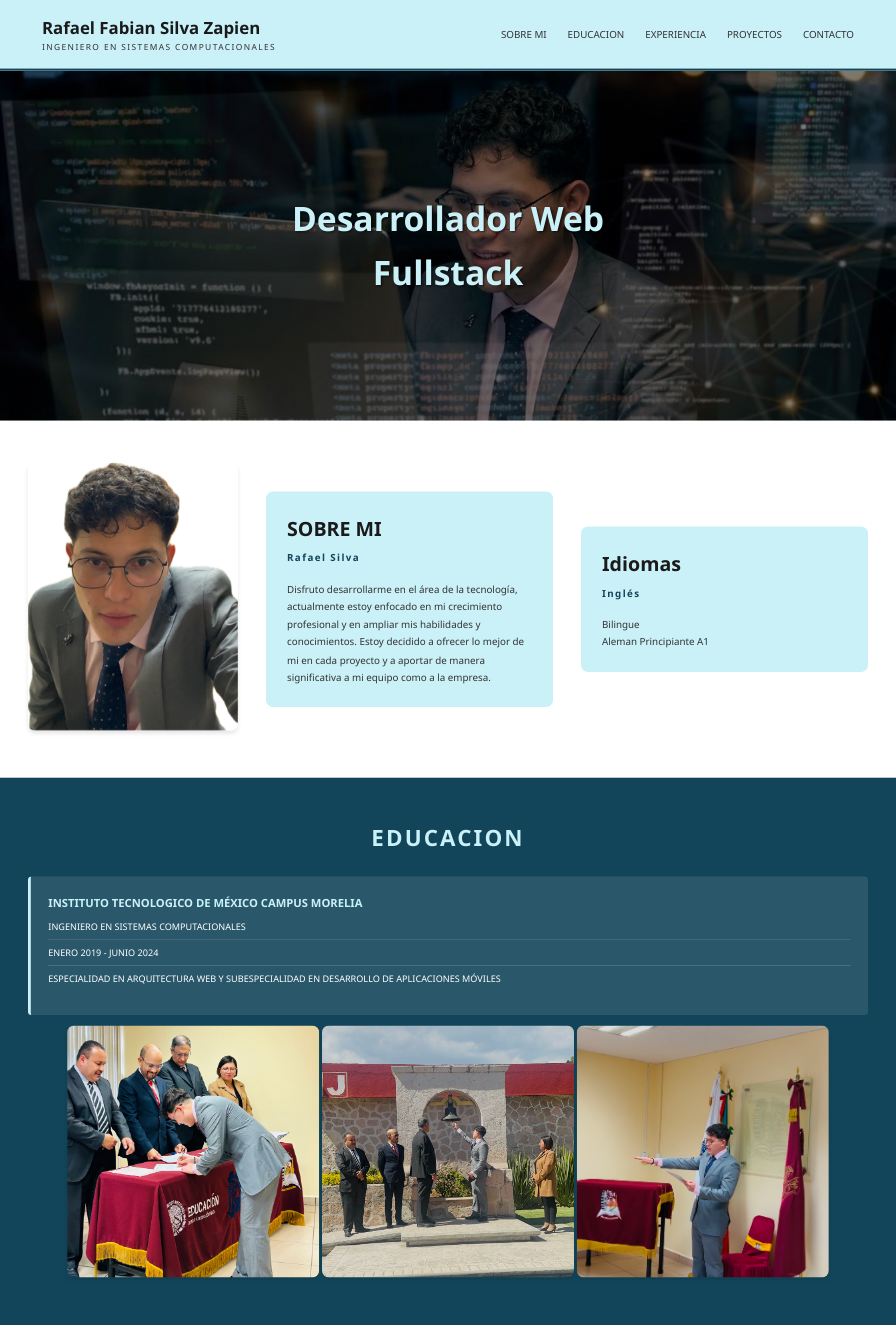
Repository: rafaelsilva2k/mi-portafolio
Page: index.html
An editor plug-in stored every save of this project. The page is shown before and after a run of saves, followed by the edit.
The browser window is 1280 px wide. The pictures show the part of the page from y = 0 to 1920 px (the page is 3313 px tall), at 70% of full size.

Above is the page before, as saved 2026-04-17 12:51:45.

### index.html
<!DOCTYPE html>
<html lang="en">
<head>
    <meta charset="UTF-8">
    <meta name="viewport" content="width=device-width, initial-scale=1.0">
    <title>Rafael Fabian Silva Zapien</title>
    <link rel="stylesheet" href="styles.css">
</head>
<body>
    <!-- HEADER: Nombre, Profesión y Menú de Navegación -->
    <header class="header">
        <div class="header-content">
            <div class="logo-section">
                <h1>Rafael Fabian Silva Zapien</h1>
                <p class="profession">INGENIERO EN SISTEMAS COMPUTACIONALES</p>
            </div>

            <nav class="navbar">
                <ul>
                    <li><a href="#sobre-mi">SOBRE MI</a></li>
                    <li><a href="#educacion">EDUCACION</a></li>
                    <li><a href="#experiencia">EXPERIENCIA</a></li>
                    <li><a href="#proyectos">PROYECTOS</a></li>
                    <li><a href="#contacto">CONTACTO</a></li>
                </ul>
            </nav>
        </div>
    </header>

    <!-- HERO SECTION: Imagen grande con texto "Desarrollador Web Fullstack" -->
     <section class="hero">
        <div class="hero-content">
            <h2>Desarrollador Web<br>Fullstack</h2>
        </div>
     </section>

     <!-- SECCIÓN SOBRE MÍ: Foto + Descripción -->
      <section id="sobre-mi" class="sobre-mi">
        <div class="sobre-mi-container">
            <div class="sobre-mi-foto">
                <img src="images/me.png" alt="Rafael Silva">
            </div>
            <div class="sobre-mi-texto">
                <h2>SOBRE MI</h2>
                <h3>Rafael Silva</h3>
                <p>Disfruto desarrollarme en el área de la tecnología, actualmente estoy enfocado en mi crecimiento profesional y en ampliar mis habilidades y conocimientos. Estoy decidido a ofrecer lo mejor de mi en cada proyecto y a aportar de manera significativa a mi equipo como a la empresa.</p>
            </div>
            <div class="sobre-mi-texto">
                <h2>Idiomas</h2>
                <h3>Inglés</h3>
                <p>Bilingue <br>
                    Aleman Principiante A1</p>
            </div>
        </div>
      </section>

      <!--Seccion de Educacion-->
      <section id="educacion" class="educacion">
        <h2>EDUCACION</h2>
        <div class="educacion-content">
            <div class="educacion-item">
                <h4>INSTITUTO TECNOLOGICO DE MÉXICO CAMPUS MORELIA</h4>
                <p>INGENIERO EN SISTEMAS COMPUTACIONALES</p>
                <p>ENERO 2019 - JUNIO 2024</p>
                <p>ESPECIALIDAD EN ARQUITECTURA WEB Y SUBESPECIALIDAD EN DESARROLLO DE APLICACIONES MÓVILES</p>
            </div>
            <div class="education-item">
                <div class="education-photos">
                    <img src="images/FirmaTitulacion.jpeg">
                    <img src="images/campanaTitulacion.jpeg">
                    <img src="images/titulacion.jpeg">
                </div>
            </div>
        </div>
      </section>

      <section id="experiencia" class="experiencia">
        <h2>EXPERIENCIA PROFESIONAL</h2>
            <div class="experiencia-content">
                <div class="experiencia-item">
                    <h3>HARMAN a Samsung Company</h3>
                    <p>Residencias Profesionales HARMAN, Samsung Company Enero - Junio 2024 </p><br>
                    <h5>PROYECTO DE SALIDAS MISCELÁNEAS</h5>
                    <p></p>Se trabajo en el desarrolló de una página web que permitió a la empresa
                    controlar y gestionar los productos salientes. Además, se coordinó el flujo de
                    aprobación entre diversas áreas como comercio exterior, logística y seguridad. <br> <br>
                    <h5>PROYECTO COSTO DE BIENES VENDIDOS (COGS)</h5>
                    Se trabajo en la automatización el cálculo de COGS e implementó un módulo
                    que agiliza la obtención de datos para el reporte de COGS, logrando un análisis
                    más detallado y una representación gráfica eficaz de la información.</p>
                </div>
                <div class="experiencia-item">
                    <h3>FIRA - Fideicomisos Instituidos en Relación con la Agricultura</h3>
                    <p>Desarrollador Fullstack en FIRA, Morelia Julio 2024 - Actualidad <br> <br>
                    • Migración, mejora y mantenimiento de múltiples aplicaciones institucionales,
                    entre ellas: Mesa de Servicios, Reservación de Salas, Seguimientos SIPOT,
                    Solicitudes INAI, Ingresos Retenciones, SIPOT, entre otras.
                    Aplicaciones desarrolladas en CodeIgniter (PHP), JavaScript, HTML y CSS,
                    en las cuales realicé correcciones críticas, optimizaciones de rendimiento y
                    mejoras funcionales.
                    Implementación de consumo de APIs internas de FIRA (Capital Humano)
                    cuando fue requerido.
                    Sustitución de vistas de Capital Humano en base de datos por procesos
                    internos más eficientes.
                    Todas las aplicaciones intervenidas fueron migradas a SQL Server 2019. <br>
                    • Desarrollo de un módulo completo dentro de la aplicación Reservación de
                    Salas para la gestión y reservación de cargadores eléctricos para vehículos del
                    personal interno.<br>
                    • Colaboración en la aplicación Siniestralidad, desarrollada originalmente en
                    ASP, la cual fue migrada a SQL Server 2019 y sometida a una limpieza y
                    depuración general. Posteriormente se detectaron fallas en el funcionamiento y
                    realicé los ajustes necesarios para su correcta operación.<br>
                    • Participación en la migración de la aplicación Firma Electrónica, actualizando
                    la plataforma de Java 1.4 a Java 17, así como la migración de Tomcat y todos
                    los cambios estructurales requeridos para garantizar compatibilidad y
                    estabilidad.<br>
                    • Elaboración de documentación técnica detallada para todos los proyectos,
                    facilitando futuras tareas de mantenimiento, soporte y transferencia de
                    conocimiento dentro del equipo. Apoyo adicional en la preparación de
                    documentación para describir cambio</p>
                </div>
            </div>
      </section>

      <!--Seccion de proyectos-->
      <section id="proyectos" class="proyectos">
        <h2>PROYECTOS</h2>
        <div class="proyectos-content">
            <div class="proyectos-item">
                <h4>Primer proyecto</h4>
                <img src="" alt="Proyecto-1-name">
            </div>
            <div class="proyectos-item">
                <h4> Segundo proyecto</h4>
                <img src="" alt="Proyecto-2-name">
            </div>
            <div class="proyectos-item">
                <h4>Tercer proyecto</h4>
                <img src="" alt="proyecto-3-name">
            </div>
        </div>
      </section>

      <section id="contacto" class="contacto">
        <h2>Contacto</h2>
        <div class="contacto-content">
            <p>Email: rafaelsilva2k256@gmail.com</p>
            <p>LinkedIn: <a href="www.linkedin.com/in/rafael-fabian-silva-zapien-a124ba247">Perfil de Linkedin</a></p>
            <p>GitHub: <a href="#">Tu GitHub</a></p>
        </div>
      </section>

      <!--footer-->
      <footer class="footer">
        <p>&copy; 2024 Rafael Fabian Silva Zapien. Todos los derechos reservados.</p>
      </footer>

      <script src="script.js"></script>
</body>
</html>

### styles.css
/* ============================================
   RESET Y VARIABLES GLOBALES
   ============================================ */

* {
    margin: 0;
    padding: 0;
    box-sizing: border-box;
}

:root {
    --color-primary: #caf0f8;      /* Amarillo */
    --color-secondary: #124559;    /* Dorado/Marrón */
    --color-dark: #1a1a1a;         /* Negro */
    --color-text: #333333;         /* Texto gris oscuro */
    --color-white: #ffffff;        /* Blanco */
}

body {
    font-family: 'Segoe UI', Tahoma, Geneva, Verdana, sans-serif;
    color: var(--color-text);
    line-height: 1.6;
}

/* ============================================
   HEADER - Menú y nombre
   ============================================ */

.header {
    background-color: var(--color-primary);
    padding: 20px 0;
    border-bottom: 3px solid var(--color-secondary);
    position: sticky;
    top: 0;
    z-index: 100;
}

.header-content {
    max-width: 1200px;
    margin: 0 auto;
    padding: 0 20px;

    /* FLEXBOX: Alinea nombre a la izquierda y menú a la derecha */
    display: flex;
    justify-content: space-between;
    align-items: center;
}

.logo-section h1 {
    font-size: 24px;
    font-weight: bold;
    color: var(--color-dark);
}

.profession {
    font-size: 12px;
    color: var(--color-text);
    letter-spacing: 2px;
}

/* NAVEGACIÓN - Menú horizontal */
.navbar ul {
    list-style: none;

    /* FLEXBOX: Alinea los items del menú horizontalmente */
    display: flex;
    gap: 30px;
}

.navbar a {
    text-decoration: none;
    color: var(--color-text);
    font-size: 14px;
    font-weight: 500;
    transition: color 0.3s ease;
}

.navbar a:hover {
    color: var(--color-secondary);
}

/* ============================================
   HERO SECTION - Imagen grande
   ============================================ */

.hero {
    background: linear-gradient(rgba(0, 0, 0, 0.5), rgba(0, 0, 0, 0.5)),
                url('images/iaGeneratedMe.jpeg');
    background-size: cover;
    background-position: center;
    height: 500px;

    /* FLEXBOX: Centra el texto en el hero */
    display: flex;
    align-items: center;
    justify-content: center;
    text-align: center;
}

.hero-content h2 {
    font-size: 48px;
    color: var(--color-primary);
    font-weight: bold;
    text-shadow: 2px 2px 4px rgba(0, 0, 0, 0.7);
}

/* ============================================
   SECCIÓN SOBRE MÍ
   ============================================ */

.sobre-mi {
    padding: 60px 20px;
    background-color: var(--color-white);
}

.sobre-mi-container {
    max-width: 1200px;
    margin: 0 auto;

    /* FLEXBOX: Alinea foto a la izquierda y texto a la derecha */
    display: flex;
    gap: 40px;
    align-items: center;
}

.sobre-mi-foto {
    flex: 0 0 300px;  /* Ancho fijo de 300px */
}

.sobre-mi-foto img {
    width: 100%;
    border-radius: 10px;
    box-shadow: 0 4px 6px rgba(0, 0, 0, 0.1);
}

.sobre-mi-texto {
    flex: 1;  /* Ocupa el espacio restante */
    background-color: var(--color-primary);
    padding: 30px;
    border-radius: 10px;
}

.sobre-mi-texto h2 {
    font-size: 28px;
    margin-bottom: 10px;
    color: var(--color-dark);
}

.sobre-mi-texto h3 {
    font-size: 14px;
    letter-spacing: 2px;
    margin-bottom: 20px;
    color: var(--color-secondary);
}

.sobre-mi-texto p {
    font-size: 14px;
    line-height: 1.8;
    color: var(--color-text);
}

/* ============================================
   SECCIÓN EDUCACIÓN
   ============================================ */

.educacion {
    padding: 60px 20px;
    background-color: var(--color-secondary);
    color: var(--color-white);
}

.educacion h2 {
    font-size: 32px;
    margin-bottom: 30px;
    text-align: center;
    color: var(--color-primary);
    letter-spacing: 3px;
}

.educacion-content {
    max-width: 1200px;
    margin: 0 auto;
}

.educacion-item {
    background-color: rgba(255, 255, 255, 0.1);
    padding: 25px;
    margin-bottom: 15px;
    border-left: 4px solid var(--color-primary);
    border-radius: 5px;
}

.educacion-item h4 {
    font-size: 16px;
    margin-bottom: 10px;
    color: var(--color-primary);
}

.educacion-item p {
    font-size: 13px;
    margin-bottom: 8px;
    padding-bottom: 8px;
    border-bottom: 1px solid rgba(255, 255, 255, 0.2);
}

.educacion-item p:last-child {
    border-bottom: none;
}

.education-photos {
    flex: 0 0 300px;  /* Ancho fijo de 300px */
    text-align: center;
}

.education-photos img {
    width: 30%;
    border-radius: 10px;
    box-shadow: 0 4px 6px rgba(0, 0, 0, 0.1);
}

/* ============================================
   SECCIÓN EXPERIENCIA
   ============================================ */

.experiencia {
    padding: 60px 20px;
    background-color: var(--color-white);
}

.experiencia h2 {
    font-size: 32px;
    margin-bottom: 30px;
    text-align: center;
    color: var(--color-secondary);
    letter-spacing: 3px;
}

.experiencia-content {
    max-width: 1200px;
    margin: 0 auto;

    /* FLEXBOX: Coloca los items uno al lado del otro */
    display: flex;
    gap: 30px;
}

.experiencia-item {
    flex: 1;
    background-color: var(--color-primary);
    padding: 25px;
    border-radius: 8px;
    border-left: 4px solid var(--color-secondary);
}

.experiencia-item h4 {
    font-size: 16px;
    margin-bottom: 10px;
    color: var(--color-dark);
}

.experiencia-item p {
    font-size: 13px;
    color: var(--color-text);
}

/* ============================================
   SECCIÓN PROYECTOS
   ============================================ */

.proyectos {
    padding: 60px 20px;
    background-color: var(--color-primary);
}

.proyectos h2 {
    font-size: 32px;
    margin-bottom: 30px;
    text-align: center;
    color: var(--color-secondary);
    letter-spacing: 3px;
}

.proyectos-content {
    max-width: 1200px;
    margin: 0 auto;

    /* FLEXBOX: Coloca las tarjetas en 3 columnas */
    display: flex;
    gap: 25px;
    justify-content: space-between;
}

.proyectos-item {
    flex: 1;
    background-color: var(--color-white);
    padding: 20px;
    border-radius: 8px;
    box-shadow: 0 2px 8px rgba(0, 0, 0, 0.1);
    transition: transform 0.3s ease;
}

.proyectos-item:hover {
    transform: translateY(-5px);
}

.proyectos-item h4 {
    font-size: 16px;
    margin-bottom: 15px;
    color: var(--color-dark);
}

.proyectos-item img {
    width: 100%;
    height: 200px;
    object-fit: cover;
    border-radius: 5px;
    background-color: var(--color-secondary);
}

/* ============================================
   SECCIÓN CONTACTO
   ============================================ */

.contacto {
    padding: 60px 20px;
    background-color: var(--color-secondary);
    color: var(--color-white);
    text-align: center;
}

.contacto h2 {
    font-size: 32px;
    margin-bottom: 30px;
    color: var(--color-primary);
    letter-spacing: 3px;
}

.contacto-content {
    max-width: 600px;
    margin: 0 auto;
    font-size: 14px;
    line-height: 2;
}

.contacto-content a {
    color: var(--color-primary);
    text-decoration: none;
    font-weight: bold;
}

.contacto-content a:hover {
    text-decoration: underline;
}

/* ============================================
   FOOTER
   ============================================ */

.footer {
    background-color: var(--color-dark);
    color: var(--color-white);
    text-align: center;
    padding: 20px;
    font-size: 12px;
}

/* ============================================
   RESPONSIVE - Para dispositivos móviles
   ============================================ */

@media (max-width: 768px) {
    .header-content {
        flex-direction: column;
        gap: 20px;
    }

    .navbar ul {
        gap: 15px;
        font-size: 12px;
    }

    .sobre-mi-container {
        flex-direction: column;
    }

    .sobre-mi-foto {
        flex: 0 0 200px;
    }

    .experiencia-content {
        flex-direction: column;
    }

    .proyectos-content {
        flex-direction: column;
    }

    .hero-content h2 {
        font-size: 32px;
    }
}

Loaded but not shown: script.js (no copy from this time; the picture is the same without it)

After the next 3 saves:
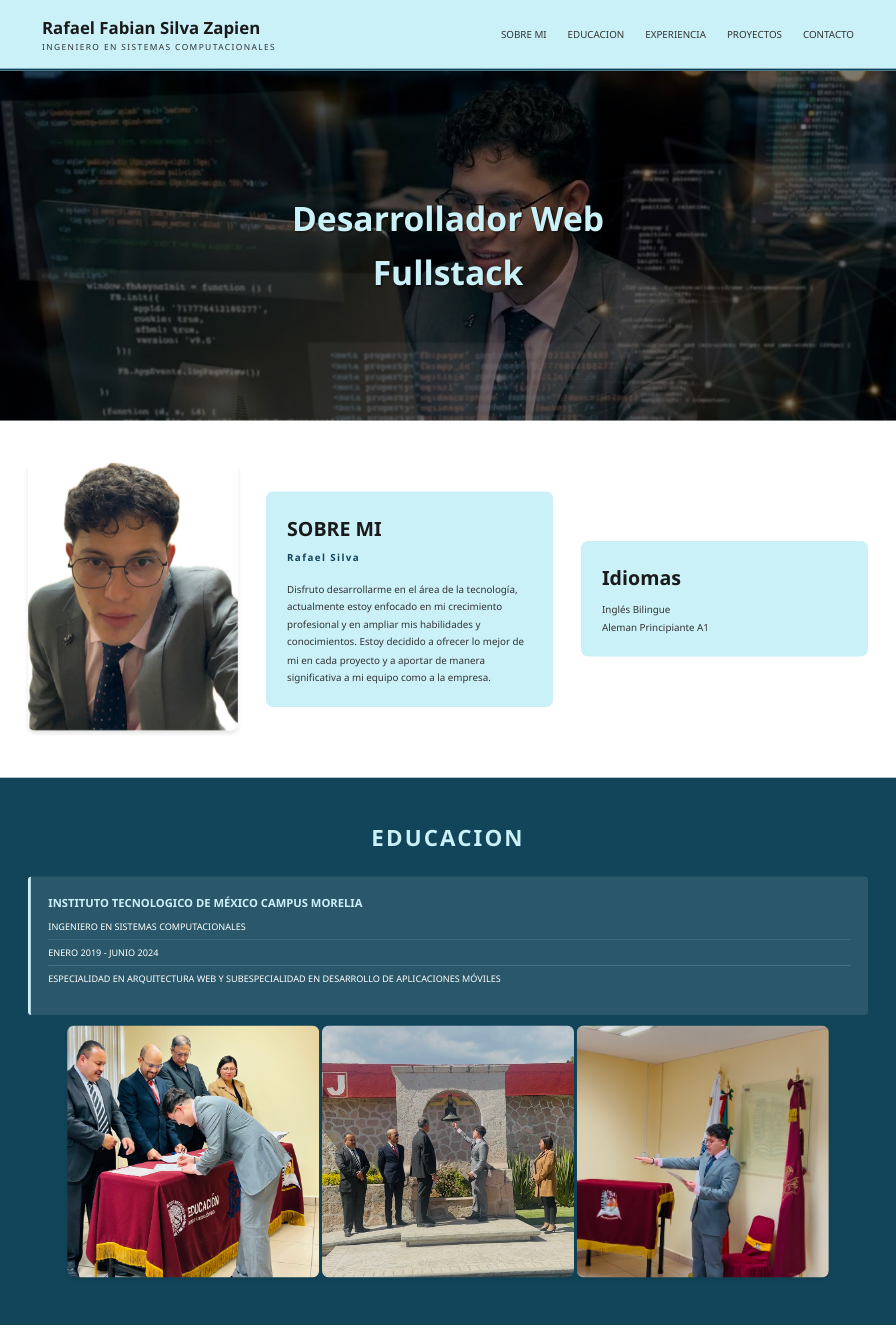
The 3 saves are shown as one change because they came seconds apart.
The last was saved 23 s later.
--- a/index.html
+++ b/index.html
@@ -47,9 +47,7 @@
             </div>
             <div class="sobre-mi-texto">
                 <h2>Idiomas</h2>
-                <h3>Inglés</h3>
-                <p>Bilingue <br>
-                    Aleman Principiante A1</p>
+                <p>Inglés Bilingue <br> Aleman Principiante A1</p>
             </div>
         </div>
       </section>
